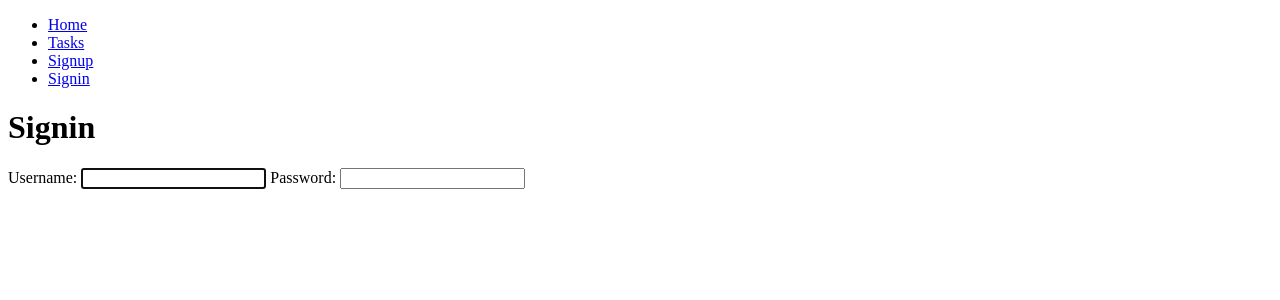
Repository: dbettancourt/django-auth-crud
Page: http://localhost/signin/
These files come from the project's save history. The page is drawn as it stood at one moment and after the next save; the edit follows.
The browser window is 1280 px wide. The pictures show the whole page.
The page is served by the project's application, run on Django 4.2 (manage.py). Other server files are loaded and not shown.

Above is the page before, as saved 2023-06-03 14:43:01.

### tasks/templates/signin.html
{% extends 'base.html' %}

{% block content %}
<h1>Signin</h1>

{{form}}
{% endblock %}

### tasks/templates/base.html
<!DOCTYPE html>
<!--[if lt IE 7]>      <html class="no-js lt-ie9 lt-ie8 lt-ie7"> <![endif]-->
<!--[if IE 7]>         <html class="no-js lt-ie9 lt-ie8"> <![endif]-->
<!--[if IE 8]>         <html class="no-js lt-ie9"> <![endif]-->
<!--[if gt IE 8]>      <html class="no-js"> <!--<![endif]-->
<html>
    <head>
        <meta charset="utf-8">
        <meta http-equiv="X-UA-Compatible" content="IE=edge">
        <title>Pagina Base Django</title>
        <meta name="description" content="">
        <meta name="viewport" content="width=device-width, initial-scale=1">
        <link rel="stylesheet" href="">
    </head>
    <body>
        <!--[if lt IE 7]>
            <p class="browsehappy">You are using an <strong>outdated</strong> browser. Please <a href="#">upgrade your browser</a> to improve your experience.</p>
        <![endif]-->

        <script src="" async defer></script>

        <nav>
            <ul>
                <li>
                    <a href="/">Home</a>
                </li>
                <li>
                    <a href="/tasks">Tasks</a>
                </li>

                {% if user.is_authenticated %}
                <li>
                    <a href="/logout">Logout</a>
                </li>
                {% else %}
                <li>
                    <a href="/signup">Signup</a>
                </li>
                <li>
                    <a href="/signin">Signin</a>
                </li>
                {% endif %}
            </ul>
        </nav>


        {% block content %}
        {% endblock %}

    </body>
</html>

### tasks/views.py
from django.shortcuts import render, redirect
from django.contrib.auth.forms import UserCreationForm, AuthenticationForm
from django.contrib.auth.models import User
from django.contrib.auth import login, logout
from django.db import IntegrityError



# Create your views here.
def home(request):
    return render(request, 'home.html')

def signup(request):

    if request.method == 'GET':
         return render(request, 'signup.html',{
        'form': UserCreationForm
    })

    else:
        if request.POST['password1'] == request.POST['password2']:
            try:
                user = User.objects.create_user(username=request.POST['username'], password=request.POST['password1'])
                user.save()
                login(request, user)
                return redirect ('tasks')
            except IntegrityError:
                return render(request, 'signup.html',{
                    'form': UserCreationForm,
                    'error': 'El usuario ya existe'
                    })
        return render(request, 'signup.html', {
            'form': UserCreationForm,
            'error': 'Las contraseñas no coinciden'
            })

def tasks(request):
    return render(request, 'tasks.html')

def signout(request):
    logout(request)
    return redirect('home')

def signin(request):
    return render(request, 'signin.html', {
        'form': AuthenticationForm
    })

### djangocrud/urls.py
"""
URL configuration for djangocrud project.

The `urlpatterns` list routes URLs to views. For more information please see:
    https://docs.djangoproject.com/en/4.2/topics/http/urls/
Examples:
Function views
    1. Add an import:  from my_app import views
    2. Add a URL to urlpatterns:  path('', views.home, name='home')
Class-based views
    1. Add an import:  from other_app.views import Home
    2. Add a URL to urlpatterns:  path('', Home.as_view(), name='home')
Including another URLconf
    1. Import the include() function: from django.urls import include, path
    2. Add a URL to urlpatterns:  path('blog/', include('blog.urls'))
"""
from django.contrib import admin
from django.urls import path
from tasks import views

urlpatterns = [
    path('admin/', admin.site.urls),
    path('', views.home, name='home'),
    path('signup/', views.signup, name='signup'),
     path('tasks/', views.tasks, name='tasks'),
     path('logout/', views.signout, name='logout'),
     path('signin/', views.signin, name='signin')
]

After the next save:
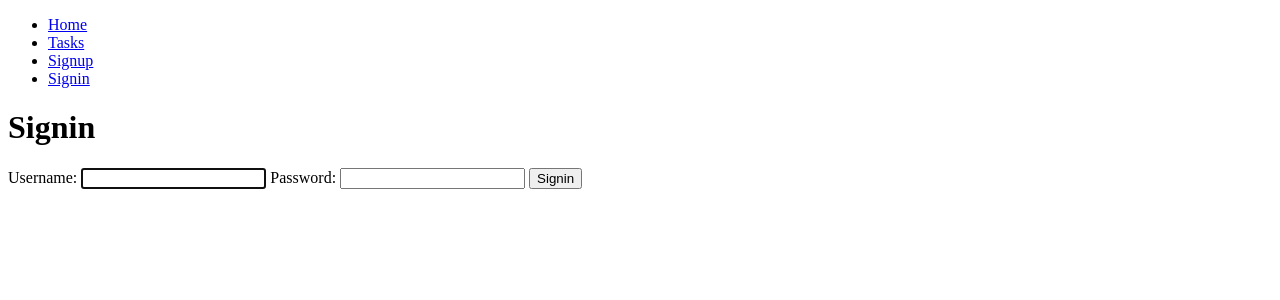
Saved 3 min 47 s later.
--- a/tasks/templates/signin.html
+++ b/tasks/templates/signin.html
@@ -2,6 +2,12 @@
 
 {% block content %}
 <h1>Signin</h1>
+<form action="" method="POST">
+    {% csrf_token %}
+    {{form}}
+    <button>
+        Signin
+    </button>
+</form>
 
-{{form}}
 {% endblock %}
